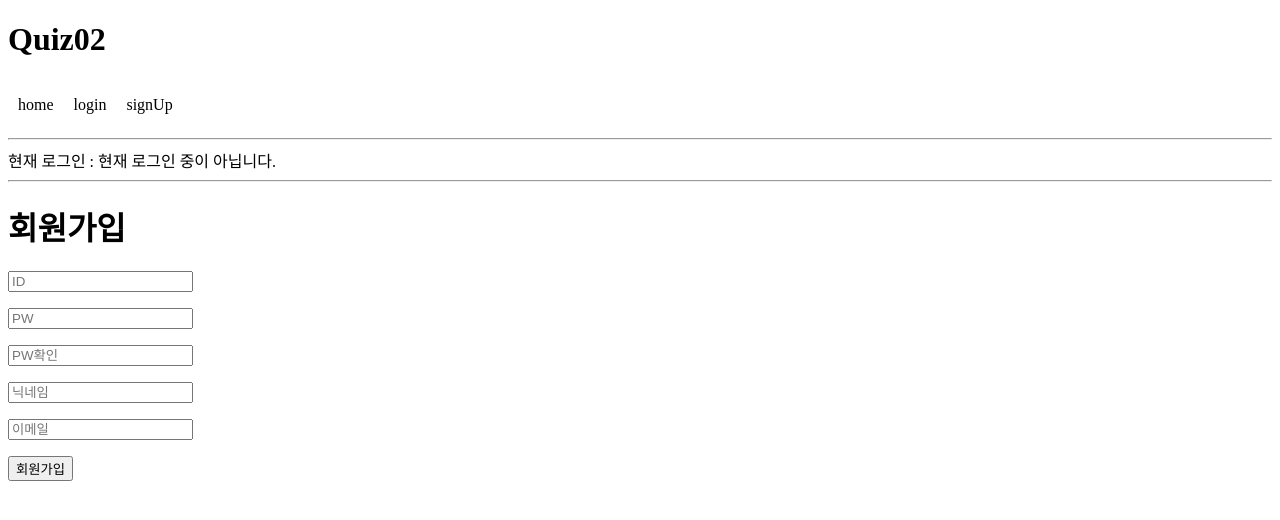
Repository: ChimmyWorld/JSP
Page: http://localhost/Day50/quiz2/signUp.jsp
These files come from the project's save history. The page is drawn as it stood at one moment and after the next save; the edit follows.
The browser window is 1280 px wide. The pictures show the whole page.
The page is served by Tomcat 9.

Above is the page before, as saved 2023-09-21 01:17:29.

After the next save:
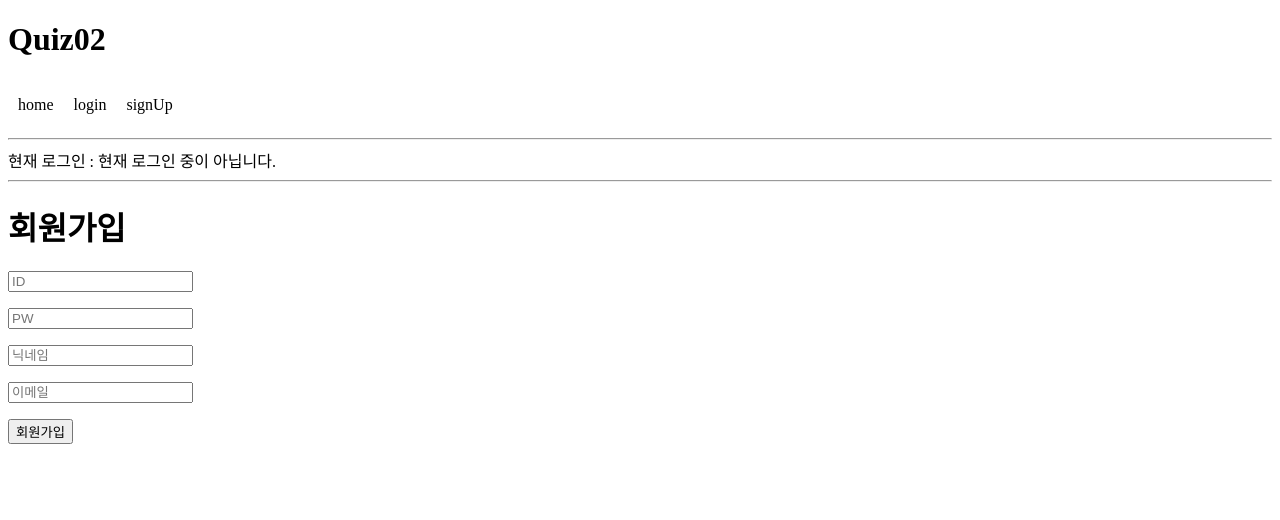
Saved 67 s later.
--- a/Day50/WebContent/quiz2/signUp.jsp
+++ b/Day50/WebContent/quiz2/signUp.jsp
@@ -9,7 +9,7 @@
 
 			<p><input name="userid" placeholder="ID" required></p>
 			<p><input name="userpw" type="password" placeholder="PW" required></p>
-			<p><input name="userpw" type="password" placeholder="PW확인" required></p>
+
 			<p><input name="nick" placeholder="닉네임" required></p>
 			<p><input name="email" type="email" placeholder="이메일" required></p>
 

After the save that followed:
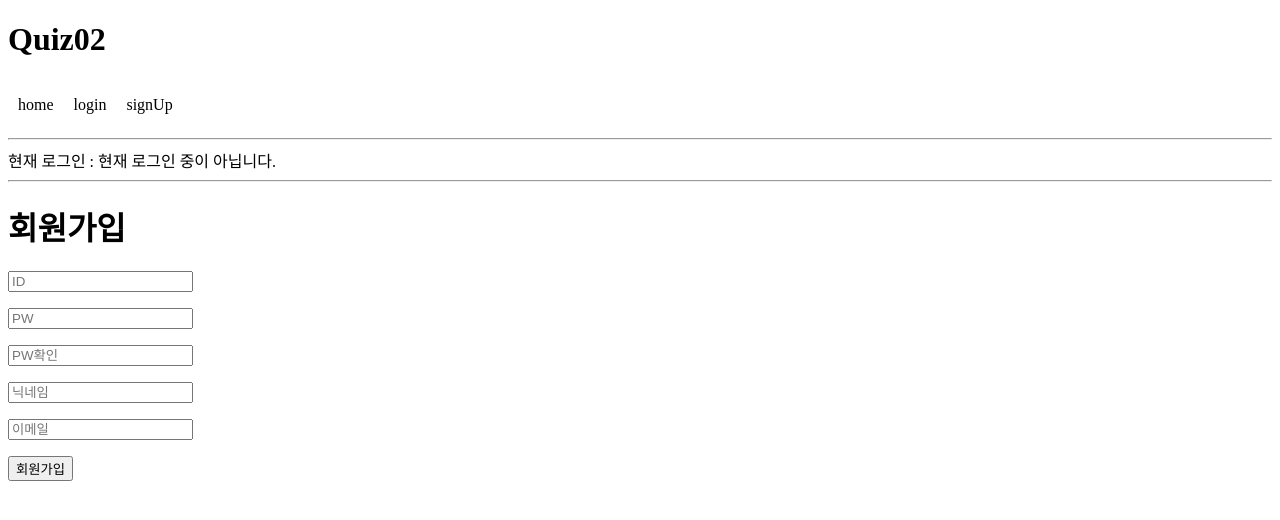
Saved 13 s later.
--- a/Day50/WebContent/quiz2/signUp.jsp
+++ b/Day50/WebContent/quiz2/signUp.jsp
@@ -9,7 +9,7 @@
 
 			<p><input name="userid" placeholder="ID" required></p>
 			<p><input name="userpw" type="password" placeholder="PW" required></p>
-
+			<p><input name="userpw" type="password" placeholder="PW확인" required></p>
 			<p><input name="nick" placeholder="닉네임" required></p>
 			<p><input name="email" type="email" placeholder="이메일" required></p>
 
